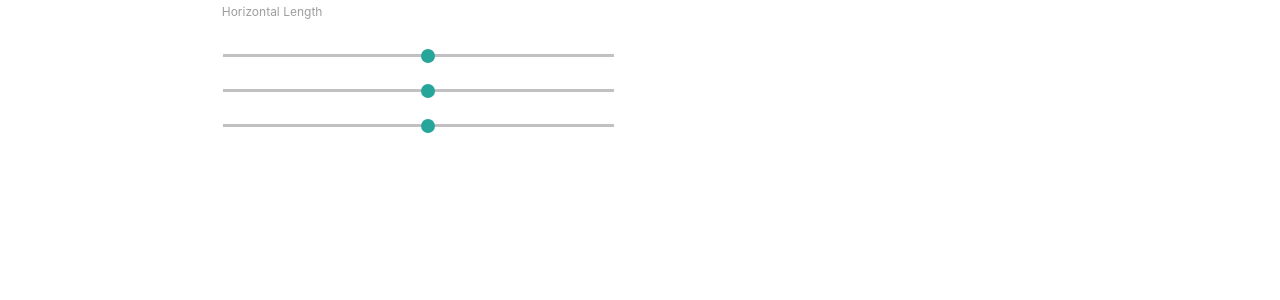
Repository: imrvj/Box-Shadow
Page: /
The author's editor kept a copy of each file at every save. The page is drawn from the files as they stood at one save, then again after the next save.
The browser window is 1280 px wide. The pictures show the whole page.
The project was rebuilt for these pictures with package versions that can differ from the ones it lists, and the page was loaded fresh each time.

Above is the page before, as saved 2020-02-19 23:16:23.

After the next save:
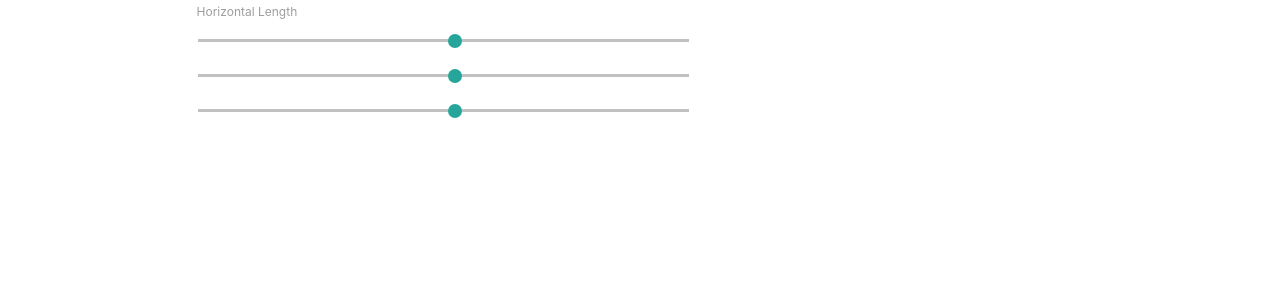
Saved 25 s later.
--- a/src/App.js
+++ b/src/App.js
@@ -11,12 +11,12 @@ function App() {
 
       <div className="controls">
       <label>Horizontal Length</label>
-    <p class="range-field">
+
       <input type="range"  min="-200" max="200" value={Hori} onChange={(e)=>setHori(e.target.value)}/>
       <input type="range"  min="-200" max="200" value={Hori} onChange={(e)=>setHori(e.target.value)}/>
       <input type="range"  min="-200" max="200" value={Hori} onChange={(e)=>setHori(e.target.value)}/>
 
-    </p>
+
 
       </div>
       <div className="output"></div>
